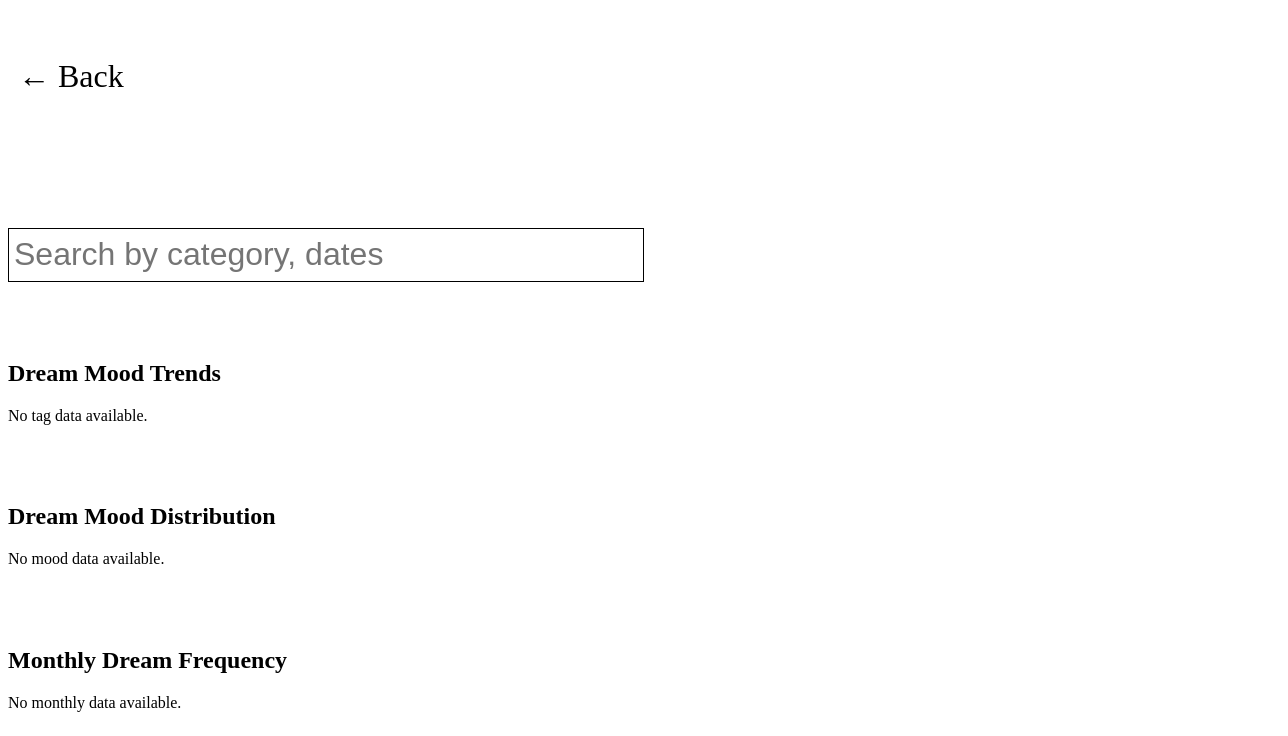
Repository: software-students-spring2025/2-web-app-blabla
Page: templates/analysis.html
The author's editor kept a copy of each file at every save. The page is drawn from the files as they stood at one save, then again after the next save.
The browser window is 1280 px wide. The page is 1288 px wide, so the pictures cover 1288 px, including what lies to the right of the window. The pictures show the whole page.
Some web fonts or font styles are not loaded; a fallback is used. The template is drawn by Flask 3. The application's start-up code is not run. The template is opened directly, without the code that normally fills it, so the values that code supplies are empty.

Above is the page before, as saved 2025-03-02 15:09:11.

After the next save:
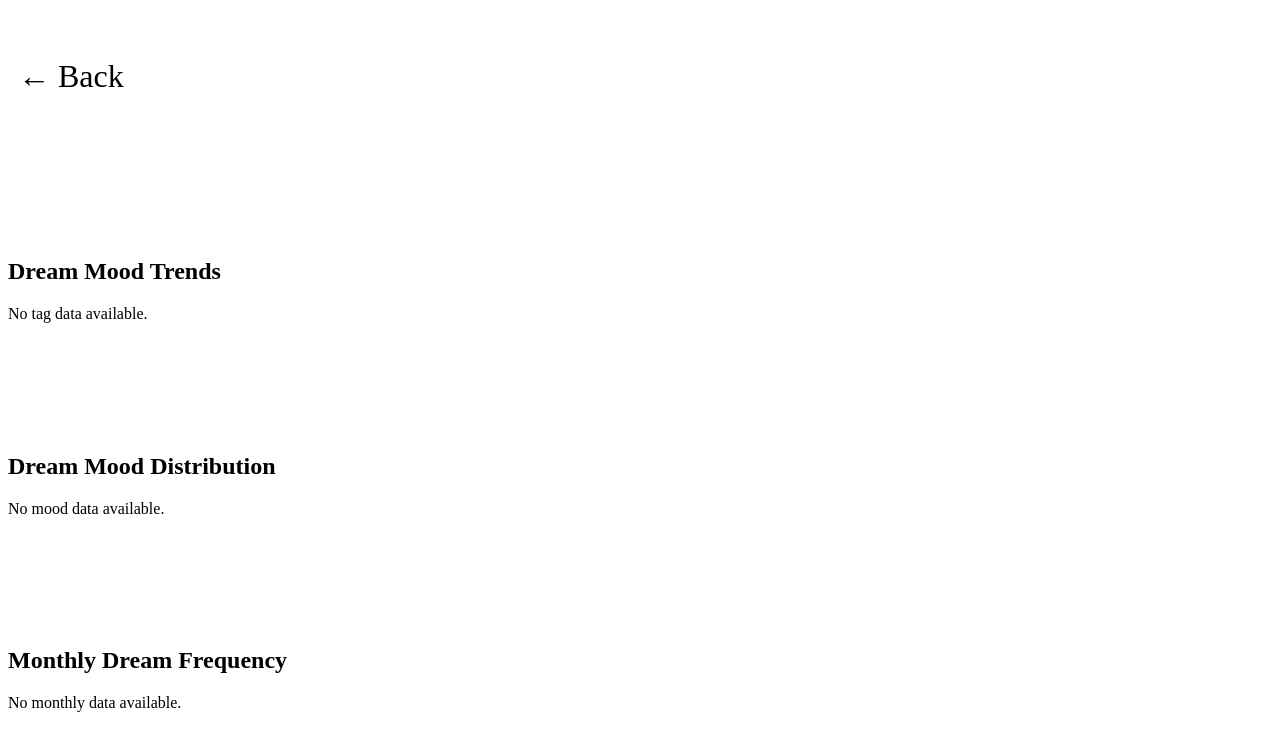
Saved 49 s later.
--- a/templates/analysis.html
+++ b/templates/analysis.html
@@ -7,9 +7,6 @@
   <body>
     <div class="analysis-container">
       <a class="back-link" href="/home"> ← Back</a>
-      <div class="input-container">
-        <input type="text" id="dream-search" placeholder="Search by category, dates" />
-      </div>
 
       <!-- 1) Tag Trends -->
       <div class="trend-container">
